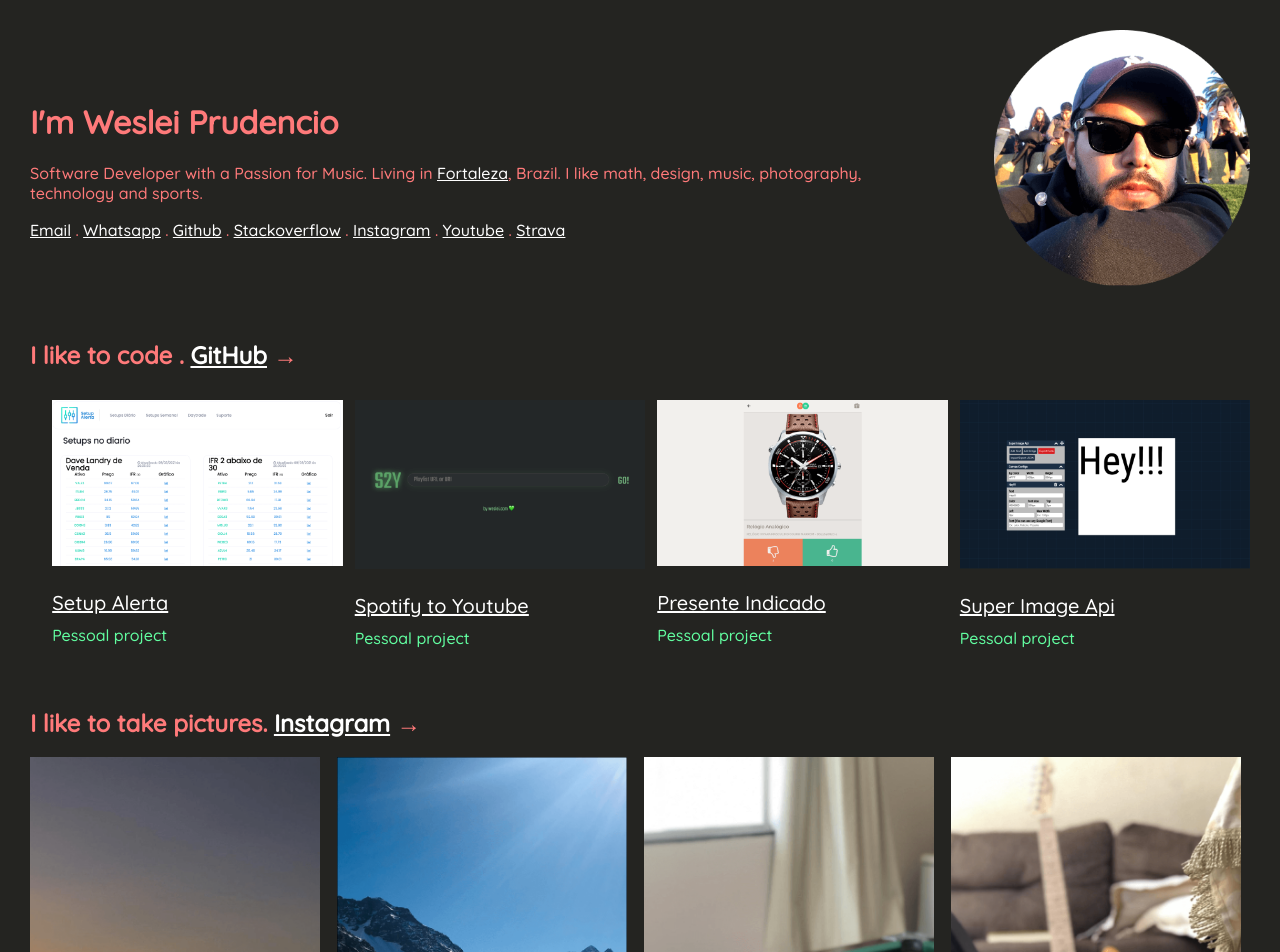
Repository: wprudencio/mywebsite
Page: index_src.html
These files come from the project's save history. The page is drawn as it stood at one moment and after the next save; the edit follows.
The browser window is 1280 px wide. The pictures show the part of the page from y = 0 to 952 px (the page is 2012 px tall before and 2023 px after).

Above is the page before, as saved 2021-04-15 21:07:33.

After the next save:
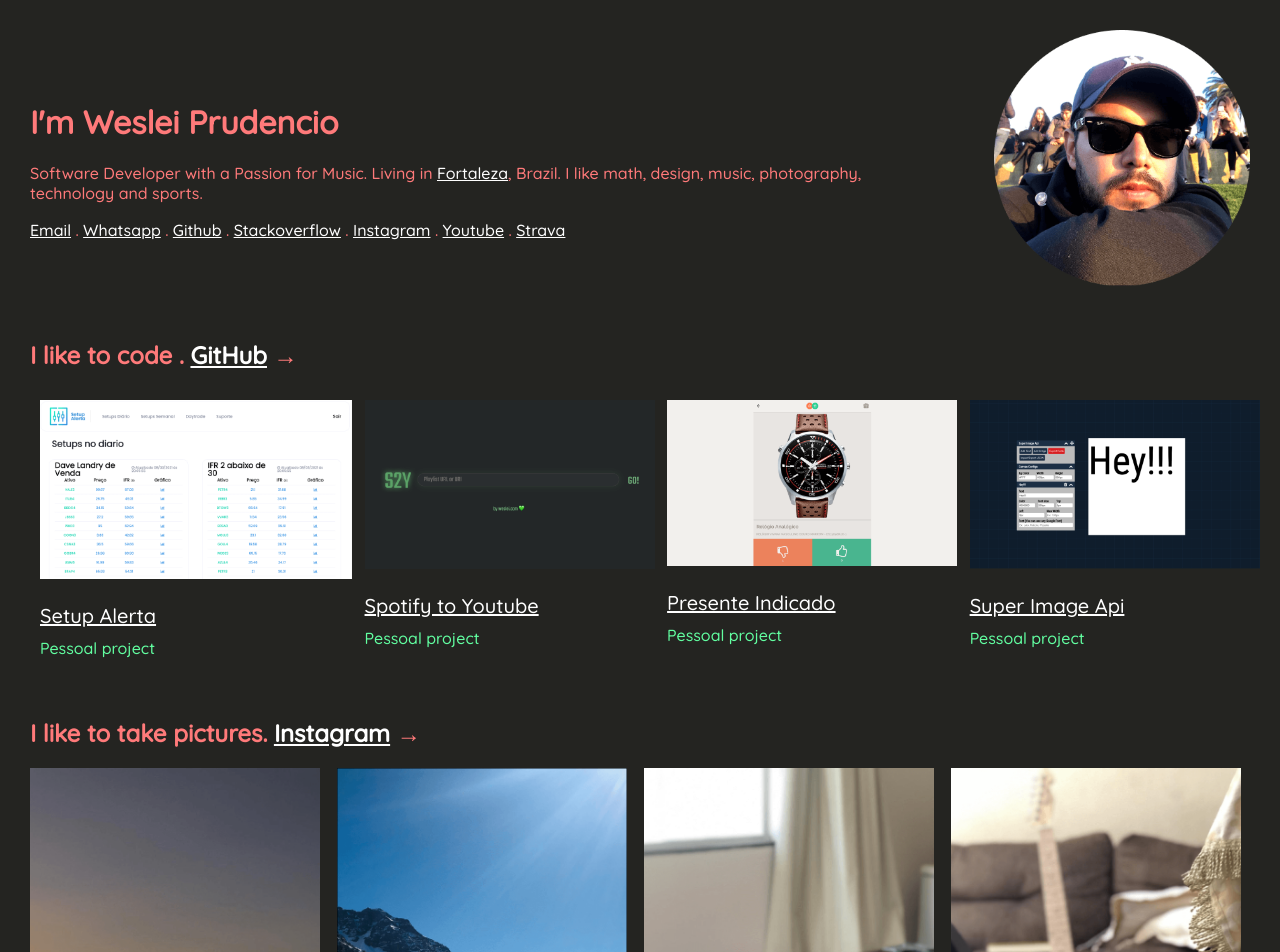
Saved 58 s later.
--- a/style.css
+++ b/style.css
@@ -27,7 +27,7 @@ a {
   display: flex;
 }
 
-.code-content {
+.code-content:not(:first-child) {
   /* border: 1px solid; */
   max-width: 23.8%;
   padding-left: 1%;
